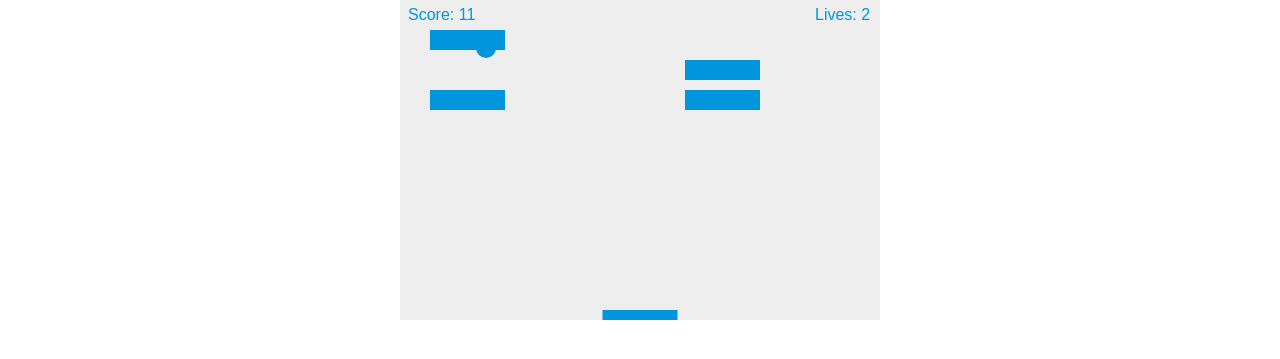
Repository: GoodHoneyCake/2D_breakout_game
Page: index.html
These files come from the project's save history. The page is drawn as it stood at one moment and after the next save; the edit follows.
The browser window is 1280 px wide. The pictures show the whole page.

Above is the page before, as saved 2020-12-29 12:45:07.

After the next save:
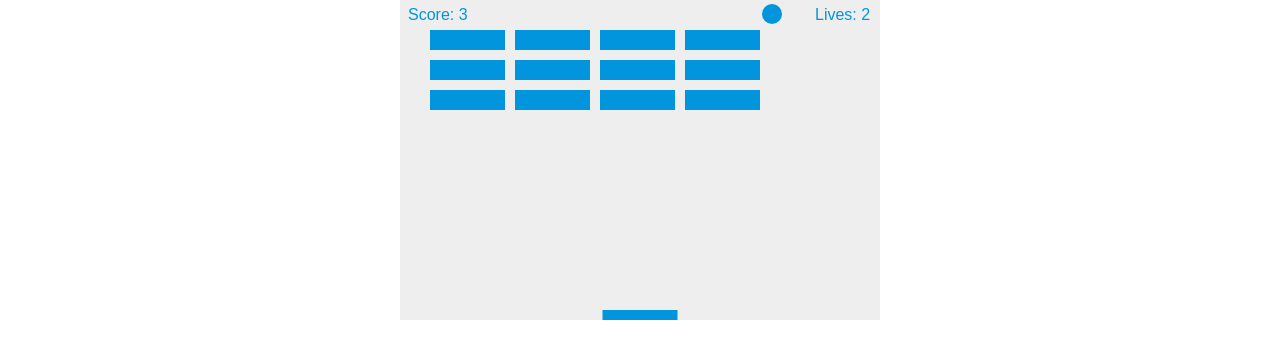
Saved 2 min 58 s later.
--- a/main.js
+++ b/main.js
@@ -1,34 +1,25 @@
 const canvas = document.getElementById("myCanvas");
 const ctx = canvas.getContext("2d");
-
+let ballRadius = 10;
 let x = canvas.width / 2;
 let y = canvas.height - 30;
-
 let dx = 2;
 let dy = -2;
-
-let ballRadius = 10;
-
 let paddleHeight = 10;
 let paddleWidth = 75;
 let paddleX = (canvas.width - paddleWidth) / 2;
-
 let rightPressed = false;
 let leftPressed = false;
-
-let brickRowCount = 3;
-let brickColumnCount = 5;
+let brickRowCount = 5;
+let brickColumnCount = 3;
 let brickWidth = 75;
 let brickHeight = 20;
 let brickPadding = 10;
 let brickOffsetTop = 30;
 let brickOffsetLeft = 30;
-
 let score = 0;
-
 let lives = 3;
 
-// bricks init
 let bricks = [];
 for (let c = 0; c < brickColumnCount; c++) {
   bricks[c] = [];
@@ -37,51 +28,25 @@
   }
 }
 
-function drawBricks() {
-  for (let c = 0; c < brickColumnCount; c++) {
-    for (let r = 0; r < brickRowCount; r++) {
-      if (bricks[c][r].status == 1) {
-        let brickX = c * (brickWidth + brickPadding) + brickOffsetLeft;
-        let brickY = r * (brickHeight + brickPadding) + brickOffsetTop;
-        bricks[c][r].x = brickX;
-        bricks[c][r].y = brickY;
-        ctx.beginPath();
-        ctx.rect(brickX, brickY, brickWidth, brickHeight);
-        ctx.fillStyle = "#0095DD";
-        ctx.fill();
-        ctx.closePath();
-      }
-    }
-  }
-}
-
-function randomColorStyle() {
-  // H(Hue)S(Saturation)L(Lightness)
-  // This will create a random color with same saturation and light intensity (luminance).
-  // https://stackoverflow.com/questions/23861481/randomize-rgb-in-html5-canvas-with-a-new-value-for-each-fillrect-using-javascrip
-  ctx.fillStyle = "hsl(" + 360 * Math.random() + ", 50%, 50%)";
-}
-
 document.addEventListener("keydown", keyDownHandler, false);
 document.addEventListener("keyup", keyUpHandler, false);
+document.addEventListener("mousemove", mouseMoveHandler, false);
 
-function keyDownHandler(event) {
-  if (event.keyCode == 39) {
+function keyDownHandler(e) {
+  if (e.key == "Right" || e.key == "ArrowRight") {
     rightPressed = true;
-  } else if (event.keyCode == 37) {
+  } else if (e.key == "Left" || e.key == "ArrowLeft") {
     leftPressed = true;
   }
 }
 
-function keyUpHandler(event) {
-  if (event.keyCode == 39) {
+function keyUpHandler(e) {
+  if (e.key == "Right" || e.key == "ArrowRight") {
     rightPressed = false;
-  } else if (event.keyCode == 37) {
+  } else if (e.key == "Left" || e.key == "ArrowLeft") {
     leftPressed = false;
   }
 }
-
-document.addEventListener("mousemove", mouseMoveHandler, false);
 
 function mouseMoveHandler(e) {
   let relativeX = e.clientX - canvas.offsetLeft;
@@ -89,7 +54,6 @@
     paddleX = relativeX - paddleWidth / 2;
   }
 }
-
 function collisionDetection() {
   for (let c = 0; c < brickColumnCount; c++) {
     for (let r = 0; r < brickRowCount; r++) {
@@ -105,7 +69,7 @@
           b.status = 0;
           score++;
           if (score == brickRowCount * brickColumnCount) {
-            alert(`YOU WIN, CONGRATULATIONS!"  Score: ${score}`);
+            alert("YOU WIN, CONGRATS!");
             document.location.reload();
           }
         }
@@ -114,32 +78,46 @@
   }
 }
 
+function drawBall() {
+  ctx.beginPath();
+  ctx.arc(x, y, ballRadius, 0, Math.PI * 2);
+  ctx.fillStyle = "#0095DD";
+  ctx.fill();
+  ctx.closePath();
+}
+function drawPaddle() {
+  ctx.beginPath();
+  ctx.rect(paddleX, canvas.height - paddleHeight, paddleWidth, paddleHeight);
+  ctx.fillStyle = "#0095DD";
+  ctx.fill();
+  ctx.closePath();
+}
+function drawBricks() {
+  for (let c = 0; c < brickColumnCount; c++) {
+    for (let r = 0; r < brickRowCount; r++) {
+      if (bricks[c][r].status == 1) {
+        let brickX = r * (brickWidth + brickPadding) + brickOffsetLeft;
+        let brickY = c * (brickHeight + brickPadding) + brickOffsetTop;
+        bricks[c][r].x = brickX;
+        bricks[c][r].y = brickY;
+        ctx.beginPath();
+        ctx.rect(brickX, brickY, brickWidth, brickHeight);
+        ctx.fillStyle = "#0095DD";
+        ctx.fill();
+        ctx.closePath();
+      }
+    }
+  }
+}
 function drawScore() {
   ctx.font = "16px Arial";
   ctx.fillStyle = "#0095DD";
   ctx.fillText("Score: " + score, 8, 20);
 }
-
 function drawLives() {
   ctx.font = "16px Arial";
   ctx.fillStyle = "#0095DD";
   ctx.fillText("Lives: " + lives, canvas.width - 65, 20);
-}
-
-function drawBall() {
-  ctx.beginPath();
-  ctx.arc(x, y, ballRadius, 0, Math.PI * 2);
-  ctx.fillstyle = "#0095DD";
-  ctx.fill();
-  ctx.closePath();
-}
-
-function drawPaddle() {
-  ctx.beginPath();
-  ctx.rect(paddleX, canvas.height - paddleHeight, paddleWidth, paddleHeight);
-  ctx.fillstyle = "#0095DD";
-  ctx.fill();
-  ctx.closePath();
 }
 
 function draw() {
@@ -148,41 +126,41 @@
   drawBall();
   drawPaddle();
   drawScore();
+  drawLives();
   collisionDetection();
-  drawLives();
-  x += dx;
-  y += dy;
 
-  // bottom edge || top edge
+  if (x + dx > canvas.width - ballRadius || x + dx < ballRadius) {
+    dx = -dx;
+  }
   if (y + dy < ballRadius) {
     dy = -dy;
   } else if (y + dy > canvas.height - ballRadius) {
     if (x > paddleX && x < paddleX + paddleWidth) {
       dy = -dy;
+    } else {
+      lives--;
+      if (!lives) {
+        alert("GAME OVER");
+        document.location.reload();
+      } else {
+        x = canvas.width / 2;
+        y = canvas.height - 30;
+        dx = 3;
+        dy = -3;
+        paddleX = (canvas.width - paddleWidth) / 2;
+      }
     }
-    lives--;
-    if (!lives) {
-      alert("GAME OVER");
-      document.location.reload();
-      clearInterval(interval);
-    } else {
-      x = canvas.width / 2;
-      y = canvas.height - 30;
-      dx = 2;
-      dy = -2;
-      paddleX = (canvas.width - paddleWidth) / 2;
-    }
-  }
-  // right edge || left edge
-  if (x + dx > canvas.width - ballRadius || x + dx < ballRadius) {
-    dx = -dx;
   }
 
   if (rightPressed && paddleX < canvas.width - paddleWidth) {
-    paddleX += 7; // pixel
+    paddleX += 7;
   } else if (leftPressed && paddleX > 0) {
     paddleX -= 7;
   }
+
+  x += dx;
+  y += dy;
+  requestAnimationFrame(draw);
 }
 
-setInterval(draw, 10);
+draw();
